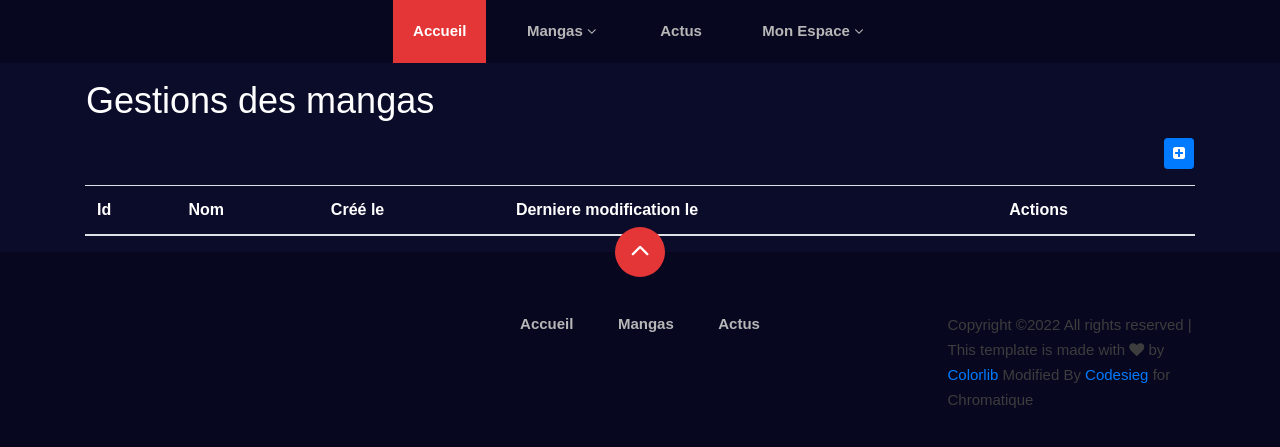
Repository: Codesieg/Chromatique
Page: chromatique/resources/views/admin/browse.blade.php
An editor plug-in stored every save of this project. The page is shown before and after the next save, followed by the edit.
The browser window is 1280 px wide. The pictures show the whole page.
Some web fonts or font styles are not loaded; a fallback is used. The page is served by the project's Laravel application, run on PHP 8.4 with Laravel 8. Other server files are loaded and not shown. The template is opened directly, without the code that normally fills it, so the values that code supplies are empty.

Above is the page before, as saved 2022-04-03 16:30:20.

### chromatique/routes/web.php
<?php


use Illuminate\Support\Facades\Auth;
use Illuminate\Support\Facades\Route;
use App\Http\Controllers\PagesController;
use App\Http\Controllers\TomesController;
use App\Http\Controllers\MangasController;
use App\Http\Controllers\Auth\LoginController;
use App\Http\Controllers\Admin\AdminTomesController;
use App\Http\Controllers\Admin\AdminMangasController;


/*
|--------------------------------------------------------------------------
| Web Routes
|--------------------------------------------------------------------------
|
| Here is where you can register web routes for your application. These
| routes are loaded by the RouteServiceProvider within a group which
| contains the "web" middleware group. Now create something great!
|
*/
//-------------- Route front ----------------
// Route::get('/', [MangasController::class,'browse'])->name('browse_mangas');

Route::get(
    '/',
    [MangasController::class, 'browse']
)->name('browse_mangas');

Route::get(
    '/tome/browse/{id}',
    [TomesController::class,'browse']
)->name('browse_tomes');

Route::get(
    '/tome/page/{id}',
    [PagesController::class,'read']
)->name('browse_pages');

// Route::post(
//     '/logout',
//     [LoginController::class,'logout']
// )->name('user_logout');

//-------------- Route back-office manga ----------------

Route::get(
    '/admin',
    [AdminMangasController::class, 'browse']
)->name('admin_browse_mangas')->middleware('auth');

// Route affichant le formulaire d'ajout d'un manga
Route::get(
    '/admin/add/manga',
    [AdminMangasController::class, 'form']
)->name('admin_form_manga')->middleware('auth');

//  Route ajoutant le manga, au clique sur le formulaire
Route::post(
    '/admin/add/manga',
    [AdminMangasController::class, 'add']
)->name('admin_add_manga')->middleware('auth');

// Supprimer un manga
Route::delete(
    '/admin/delete/{id}',
    [AdminMangasController::class, 'delete']
)->name('admin_delete_manga')->middleware('auth');

//  Route qui vient scanner le dossier publique au clique sur le bouton scanner
Route::post(
    '/admin/insert',
    [AdminMangasController::class, 'insert']
)->name('admin_insert_manga')->middleware('auth');

// Permet d'afficher le forms de modification d'un manga
Route::get(
    '/admin/manga/edit/{id}',
    [AdminMangasController::class, 'form_edit']
)->name('admin_form_edit_manga')->middleware('auth');

// Permet d'enregistrer les modifications d'un manga
Route::post(
    '/admin/manga/edit/{id}',
    [AdminMangasController::class, 'edit']
)->name('admin_edit_manga')->middleware('auth');

//-------------- Route back-office tome ----------------

// On récupère l'id du manga sur cette route et on affiche le formulaire d'ajout d'un tome par rapport à ça franchise
Route::get(
    '/admin/add/tome/{id}',
    [AdminTomesController::class, 'form']
)->name('admin_form_tome')->middleware('auth');

// On ajoute un tome
Route::post(
    '/admin/add/tome',
    [AdminTomesController::class, 'add']
)->name('admin_add_tome')->middleware('auth');

// On liste tous les tomes de tous les mangas
Route::get(
    '/admin/tome/',
    [AdminTomesController::class, 'browse']
)->name('admin_browse_tomes')->middleware('auth');

// On liste tous les tomes d'un manga
Route::get(
    '/admin/tome/{id}',
    [AdminTomesController::class, 'read']
)->name('admin_read_tome')->middleware('auth');

// Permet de supprimer un tome
Route::delete(
    '/admin/delete/tome/{id}',
    [AdminTomesController::class, 'delete']
)->name('admin_delete_tome')->middleware('auth');

// Permet de modifier un tome
Route::get(
    '/admin/tome/edit/{id}',
    [AdminTomesController::class, 'edit']
)->name('admin_edit_tome')->middleware('auth');

// ---------------route d'authentification------------

Auth::routes();

### chromatique/app/Http/Controllers/Auth/ConfirmPasswordController.php
<?php

namespace App\Http\Controllers\Auth;

use App\Http\Controllers\Controller;
use App\Providers\RouteServiceProvider;
use Illuminate\Foundation\Auth\ConfirmsPasswords;

class ConfirmPasswordController extends Controller
{
    /*
    |--------------------------------------------------------------------------
    | Confirm Password Controller
    |--------------------------------------------------------------------------
    |
    | This controller is responsible for handling password confirmations and
    | uses a simple trait to include the behavior. You're free to explore
    | this trait and override any functions that require customization.
    |
    */

    use ConfirmsPasswords;

    /**
     * Where to redirect users when the intended url fails.
     *
     * @var string
     */
    protected $redirectTo = RouteServiceProvider::LOGIN;

    /**
     * Create a new controller instance.
     *
     * @return void
     */
    public function __construct()
    {
        $this->middleware('auth');
    }
}

### chromatique/resources/views/admin/browse.blade.php
@extends ('layout')

@section('contenu')

<div class="container">
    <h2 class="white m-3">Gestions des mangas</h2>
    <div class="d-flex justify-content-end mb-3 px-3">
        <button type="button" class="btn btn-primary btn-sm white"><a class="text-decoration-none text-white" href="{{route('admin_form_manga')}}"><i class="fa fa-plus-square white"></i></a></button>
    </div>
    <div class="col-12">
        <table class="table">
            <thead>
            <tr>
                <th class="text-white">Id</th>
                <th class="text-white">Nom</th>
                <th class="text-white">Créé le</th>
                <th class="text-white">Derniere modification le</th>
                <th class="text-white">Actions</th>
            </tr>
            </thead>
            <tbody>
            @foreach ($listMangas as $manga)
            <tr>
                <td class="text-white">{{$manga->id}}</td>
                <td class="text-white">{{$manga->manga_name}}</td>
                <td class="text-white">{{$manga->created_at}}</td>
                <td class="text-white">{{$manga->update_at}}</td>
                <td class="btn-actions">
                    <div class="d-flex">
                        <button type="button" class="btn btn-success btn-sm">
                            <a class="text-decoration-none text-white"  href="{{route('admin_form_edit_manga', ['id' => $manga->id]) }}" data-toggle="tooltip" data-placement="bottom" title="Modifier le manga"><i class="fa fa-edit white"></i></a>
                        </button>

                        <button type="button" class="btn btn-success btn-sm mx-2">
                            <a class="text-decoration-none text-white" href="{{route('admin_read_tome', ['id' => $manga->id]) }}" data-toggle="tooltip" data-placement="bottom" title="Voir les tomes"><i class="fa fa-eye white"></i></a>
                        </button>
                            <form action="{{route('admin_delete_manga', ['id' => $manga->id])}}" method="post">
                                <button type="submit" class="btn-trash">
                                    <i class="fa fa-trash white"></i>
                                    <input type="hidden" name="_method" value="delete" />
                                    @csrf
                                </button>
                            </form>
                    </div>
                </td>
            </tr>
            @endforeach
            </tbody>
        </table>
    </div>
</div>
@endsection

### chromatique/resources/views/layout.blade.php
<!DOCTYPE html>
<html lang="french">

<head>
    <meta charset="UTF-8">
    <meta name="description" content="Chromatique team">
    <meta name="keywords" content="Manga, unica, creative, html">
    <meta name="viewport" content="width=device-width, initial-scale=1.0">
    <meta http-equiv="X-UA-Compatible" content="ie=edge">
    <title>Chromatique</title>

    <!-- Google Font -->
    <link href="https://fonts.googleapis.com/css2?family=Oswald:wght@300;400;500;600;700&display=swap" rel="stylesheet">
    <link href="https://fonts.googleapis.com/css2?family=Mulish:wght@300;400;500;600;700;800;900&display=swap"
    rel="stylesheet">

    <!-- Css Styles -->
    <link rel="stylesheet" href=<?= asset('assets/css/bootstrap.min.css') ?> type="text/css">
    <link rel="stylesheet" href=<?= asset('assets/css/font-awesome.min.css') ?> type="text/css">
    <link rel="stylesheet" href=<?= asset('assets/css/elegant-icons.css') ?> type="text/css">
    <link rel="stylesheet" href=<?= asset('assets/css/plyr.css') ?> type="text/css">
    <link rel="stylesheet" href=<?= asset('assets/css/nice-select.css') ?> type="text/css">
    <link rel="stylesheet" href=<?= asset('assets/css/owl.carousel.min.css') ?> type="text/css">
    <link rel="stylesheet" href=<?= asset('assets/css/slicknav.min.css') ?> type="text/css">
    <link rel="stylesheet" href=<?= asset('assets/css/style.css') ?> type="text/css">
</head>
<!-- Page Preloder -->
<div id="preloder">
    <div class="loader"></div>
</div>

    <!-- Header Section Begin -->
    <header class="header">
        <div class="container">
            <div class="row">
                <div class="col-lg-2">
                    <div class="header__logo">
                        <a href="{{route('browse_mangas')}}">
                            <img src="img/logo.png" alt="">
                        </a>
                    </div>
                </div>
                <div class="col-lg-8">
                    <div class="header__nav">
                        <nav class="header__menu mobile-menu">
                            <ul>
                                <li class="active"><a href="{{route('browse_mangas')}}">Accueil</a></li>
                                <li><a>Mangas<span class="arrow_carrot-down"></span></a>
                                    <ul class="dropdown">
                                        <li><a href="">Naruto</a></li>
                                        <li><a href="">Bleach</a></li>
                                        <li><a href="">Alice in Borderland</a></li>
                                        <li><a href="">One Piece</a></li>
                                        <li><a href="">Death Note</a></li>
                                        <li><a href="">Dragon Ball</a></li>
                                    </ul>
                                </li>
                                <li><a href="">Actus</a></li>
                                {{-- <li><a href="#">Contacts</a></li> --}}
                                {{-- <a href="#" class="search-switch"><span class="icon_search"></span></a> --}}
                                <li><a>Mon Espace<span class="arrow_carrot-down"></span></a>
                                    <ul class="dropdown">
                                        @if (!Auth::check())
                                        <li><a href="{{route('login')}}">Connexion</a></li>
                                            <li><a href="{{route('register')}}">Inscription</a></li>
                                        @else
                                        <li>
                                            <a href="{{ route('logout') }}"
                                            onclick="event.preventDefault();
                                                                document.getElementById('logout-form').submit();">
                                                {{ __('Deconnexion') }}
                                            </a>
                                            <form id="logout-form" action="{{ route('logout') }}" method="POST" style="display: none;">
                                                @csrf
                                            </form>
                                            @endif
                                        </li>

                                        @if (Auth::check())
                                        <li><a href="{{route('admin_browse_mangas')}}">Gestion Manga</a></li>
                                        <li><a href="{{route('admin_browse_tomes')}}">Gestion Tome</a></li>
                                        <li><a href="">Gestion des utilisateur</a></li>
                                        @endif
                                    </ul>
                                </li>
                            </ul>
                        </nav>
                    </div>
                </div>
            </div>
            <div id="mobile-menu-wrap"></div>
        </div>
    </header>
    <!-- Header End -->
<body>
    <!-- wrap -->
    @include('layouts/flash-message')
    <div class="wrapper">

    @yield('contenu')
    </div>


</body>
@include('layouts/footer')


<script src="https://cdn.jsdelivr.net/npm/bootstrap@5.0.0-beta3/dist/js/bootstrap.bundle.min.js" integrity="sha384-JEW9xMcG8R+pH31jmWH6WWP0WintQrMb4s7ZOdauHnUtxwoG2vI5DkLtS3qm9Ekf" crossorigin="anonymous"></script>
<!-- Js Plugins -->
<script src="<?= asset('assets/js/jquery-3.3.1.min.js') ?>"></script>
<script src="<?= asset('assets/js/bootstrap.min.js') ?>"></script>
<script src="<?= asset('assets/js/player.js') ?>"></script>
<script src="<?= asset('assets/js/jquery.nice-select.min.js') ?>"></script>
<script src="<?= asset('assets/js/mixitup.min.js') ?>"></script>
<script src="<?= asset('assets/js/jquery.slicknav.js') ?>"></script>
<script src="<?= asset('assets/js/owl.carousel.min.js') ?>"></script>
<script src="<?= asset('assets/js/main.js') ?>"></script>
</html>

### chromatique/resources/views/layouts/flash-message.blade.php
@if ($message = Session::get('success'))
<div class="alert alert-success alert-block ">
        <strong>{{ $message }}</strong>
</div>
@endif


@if ($message = Session::get('error'))
<div class="alert alert-danger alert-block ">
        <strong>{{ $message }}</strong>
</div>
@endif


@if ($message = Session::get('warning'))
<div class="alert alert-warning alert-block">
	<strong>{{ $message }}</strong>
</div>
@endif


@if ($message = Session::get('info'))
<div class="alert alert-info alert-block ">
	<strong>{{ $message }}</strong>
</div>
@endif


@if ($errors->any())
<div class="alert alert-danger ">
    Please check the form below for errors
</div>
@endif

### chromatique/resources/views/layouts/footer.blade.php
<!-- Footer Section Begin -->
<footer class="footer">
    <div class="page-up">
        <a href="#" id="scrollToTopButton"><span class="arrow_carrot-up"></span></a>
    </div>
    <div class="container">
        <div class="row">
            <div class="col-lg-3">
                <div class="footer__logo">
                    <a href="./index.html"><img src="" alt=""></a>
                </div>
            </div>
            <div class="col-lg-6">
                <div class="footer__nav">
                    <ul>
                        <li class="active"><a href="{{route('browse_mangas')}}">Accueil</a></li>
                        <li><a href="{{route('browse_mangas')}}">Mangas</a></li>
                        <li><a href="">Actus</a></li>
                    </ul>
                </div>
            </div>
            <div class="col-lg-3">
                <p><!-- Link back to Colorlib can't be removed. Template is licensed under CC BY 3.0. -->
                Copyright &copy;<script>document.write(new Date().getFullYear());</script> All rights reserved | This template is made with <i class="fa fa-heart" aria-hidden="true"></i> by <a href="https://colorlib.com" target="_blank">Colorlib</a>
                Modified By <a href="http://chromatique.codesieg.fr">Codesieg </a>for Chromatique
                <!-- Link back to Colorlib can't be removed. Template is licensed under CC BY 3.0. --></p>

            </div>
        </div>
    </div>
</footer>
<!-- Footer Section End -->

Loaded but not shown: chromatique/app/Providers/AppServiceProvider.php (common file); chromatique/app/Http/Controllers/Controller.php (common file); chromatique/public/assets/css/bootstrap.min.css (library); chromatique/public/assets/css/font-awesome.min.css (library); chromatique/public/assets/css/plyr.css (library); chromatique/public/assets/css/nice-select.css (common file); chromatique/public/assets/css/owl.carousel.min.css (library); chromatique/public/assets/css/slicknav.min.css (common file); chromatique/public/assets/js/jquery-3.3.1.min.js (library); chromatique/public/assets/js/bootstrap.min.js (library); chromatique/public/assets/js/player.js (library); chromatique/public/assets/js/jquery.nice-select.min.js (common file); chromatique/public/assets/js/mixitup.min.js (library); chromatique/public/assets/js/jquery.slicknav.js (library); chromatique/public/assets/js/owl.carousel.min.js (library); chromatique/public/assets/js/main.js (101 lines, source omitted); chromatique/public/assets/css/style.css (2403 lines, source omitted); chromatique/public/assets/css/elegant-icons.css (1157 lines, source omitted)

After the next save:
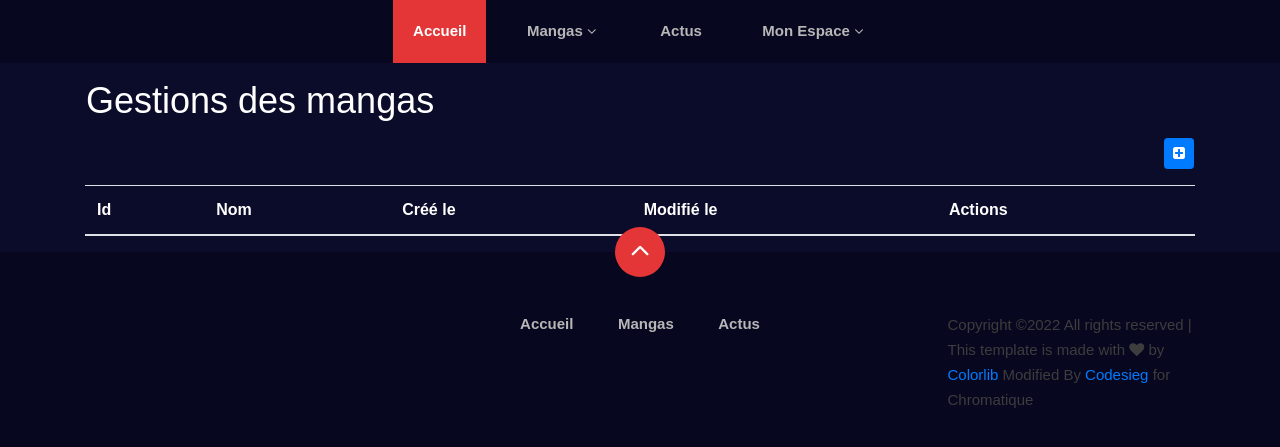
Saved 35 s later.
--- a/chromatique/resources/views/admin/browse.blade.php
+++ b/chromatique/resources/views/admin/browse.blade.php
@@ -14,7 +14,7 @@
                 <th class="text-white">Id</th>
                 <th class="text-white">Nom</th>
                 <th class="text-white">Créé le</th>
-                <th class="text-white">Derniere modification le</th>
+                <th class="text-white">Modifié le</th>
                 <th class="text-white">Actions</th>
             </tr>
             </thead>
